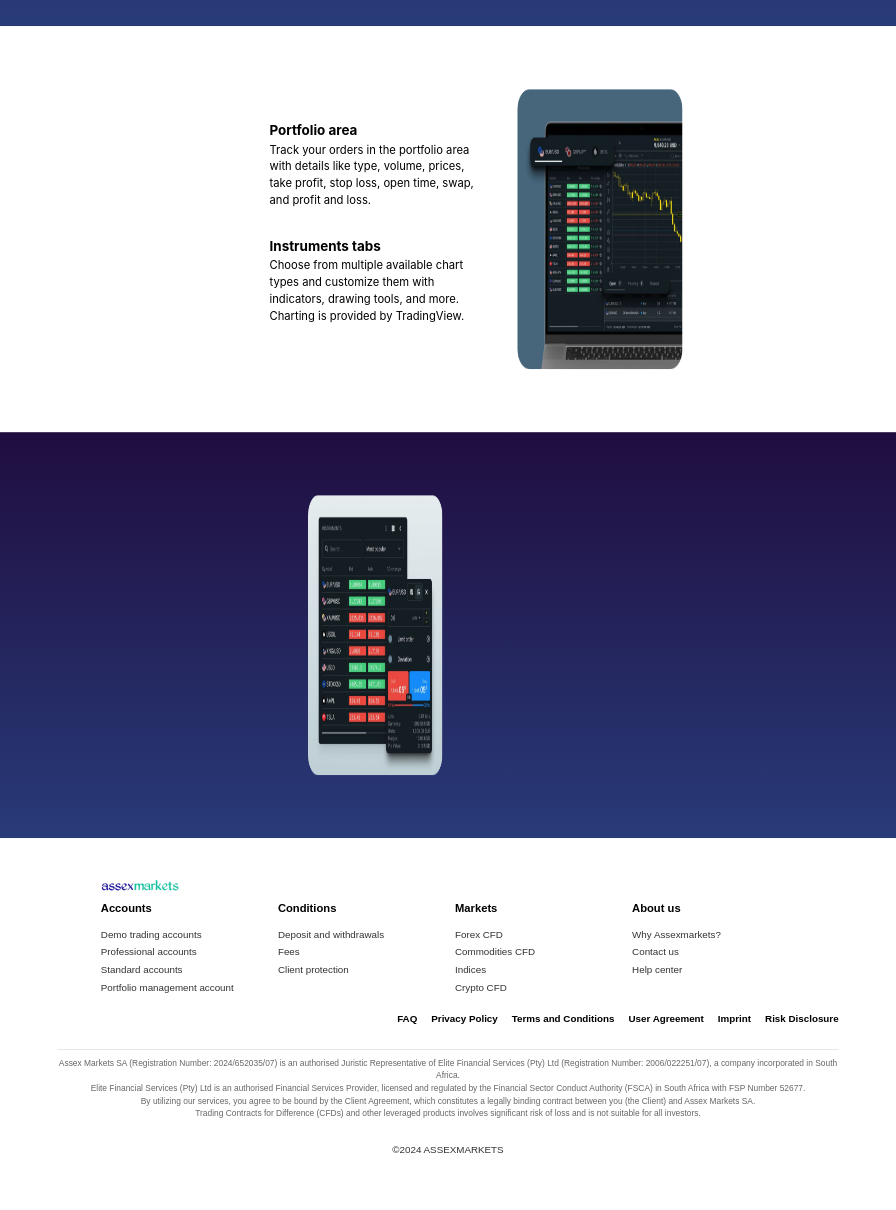
Repository: RevenewMarketing/Assex
Page: /webinar
The author's editor kept a copy of each file at every save. The page is drawn from the files as they stood at one save, then again after the next save.
The browser window is 1280 px wide. The pictures show the part of the page from y = 1288 to 3208 px (the page is 3017 px tall before and 3208 px after), at 70% of full size.
The project was rebuilt for these pictures with package versions that can differ from the ones it lists, and the page was loaded fresh each time. Also part of the build but not shown: vite.config.ts, src/pages/home/sections/HeroSection.module.css, src/pages/home/sections/HeroSection.tsx, src/pages/home/sections/Section2.tsx, src/pages/home/sections/Section3.tsx, src/pages/home/sections/Section4.tsx, src/pages/home/sections/Section5.tsx, src/pages/home/sections/Section6.tsx and 32 more.

Above is the page before, as saved 2024-11-29 12:29:50.

After the next save:
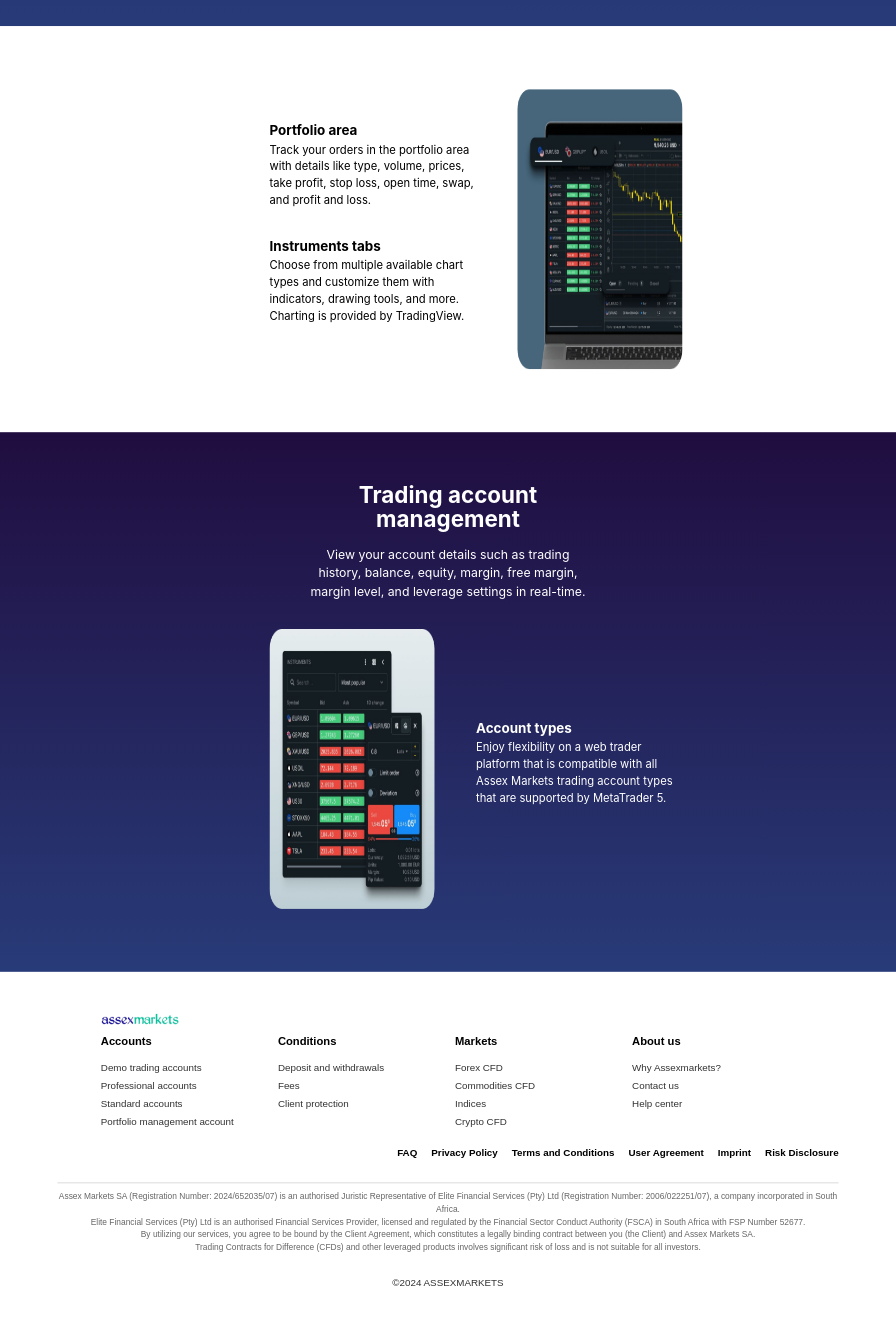
Saved 35 s later.
--- a/src/pages/web-terminal/sections/Section4.tsx
+++ b/src/pages/web-terminal/sections/Section4.tsx
@@ -15,38 +15,28 @@
   return (
     <div className={styles.section}>
       <div className={styles.textContainer}>
-       <div className={styles.headerContent} >
-          <h1 className={styles.title}>{content.title}</h1>
-          <p className={styles.description}>{content.description}</p>
-       </div>
+        <div className={styles.headerContent}>
+          <h1 className={styles.title}>{content.managementTitle}</h1>
+          <p className={styles.description}>{content.managementDescription}</p>
+        </div>
 
-       <div className={styles.innerContents} >
+        <div className={styles.innerContents}>
           <div className={styles.features}>
             <div className={styles.feature}>
-              <h2 className={styles.featureTitle}>{content.watchlistTitle}</h2>
+              <h2 className={styles.featureTitle}>{content.accountTypesTitle}</h2>
               <p className={styles.featureDescription}>
-                {content.watchlistDescription}
-              </p>
-            </div>
-            <div className={styles.feature}>
-              <h2 className={styles.featureTitle}>
-                {content.tradingModeTitle}
-              </h2>
-              <p className={styles.featureDescription}>
-                {content.tradingModeDescription}
+                {content.accountTypesDescription}
               </p>
             </div>
           </div>
 
           <img
-          className={styles.imagePlaceholder}
-          src={webAppImage}
-          alt="Web App"
-        />
+            className={styles.imagePlaceholder}
+            src={webAppImage}
+            alt="Web App"
+          />
         </div>
-
-       </div>
-
+      </div>
     </div>
   );
 };
